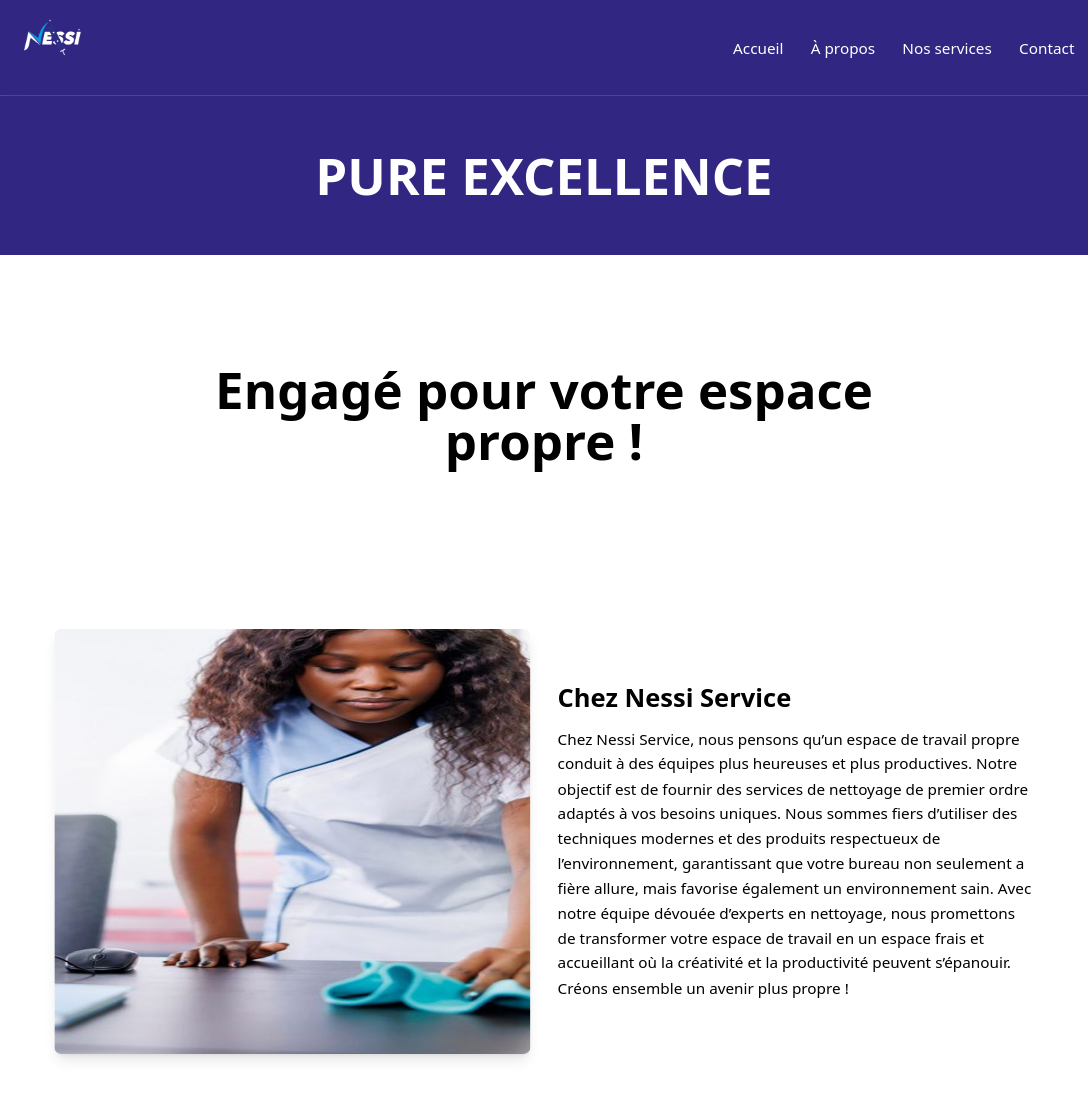
Repository: MDiouf9/Nessi
Page: /About
The author's editor kept a copy of each file at every save. The page is drawn from the files as they stood at one save, then again after a run of saves.
The browser window is 1280 px wide. The pictures show the whole page, at 85% of full size.
The project was rebuilt for these pictures with package versions that can differ from the ones it lists, and the page was loaded fresh each time. Also part of the build but not shown: vite.config.js, src/Global.css, src/App.css, src/components/Footer.jsx, src/Pages/Home.jsx, src/Pages/NotFound.jsx, src/components/Countries.jsx, src/Pages/Services.jsx and 1 more.

Above is the page before, as saved 2025-03-10 18:10:35.

After the next 2 saves:
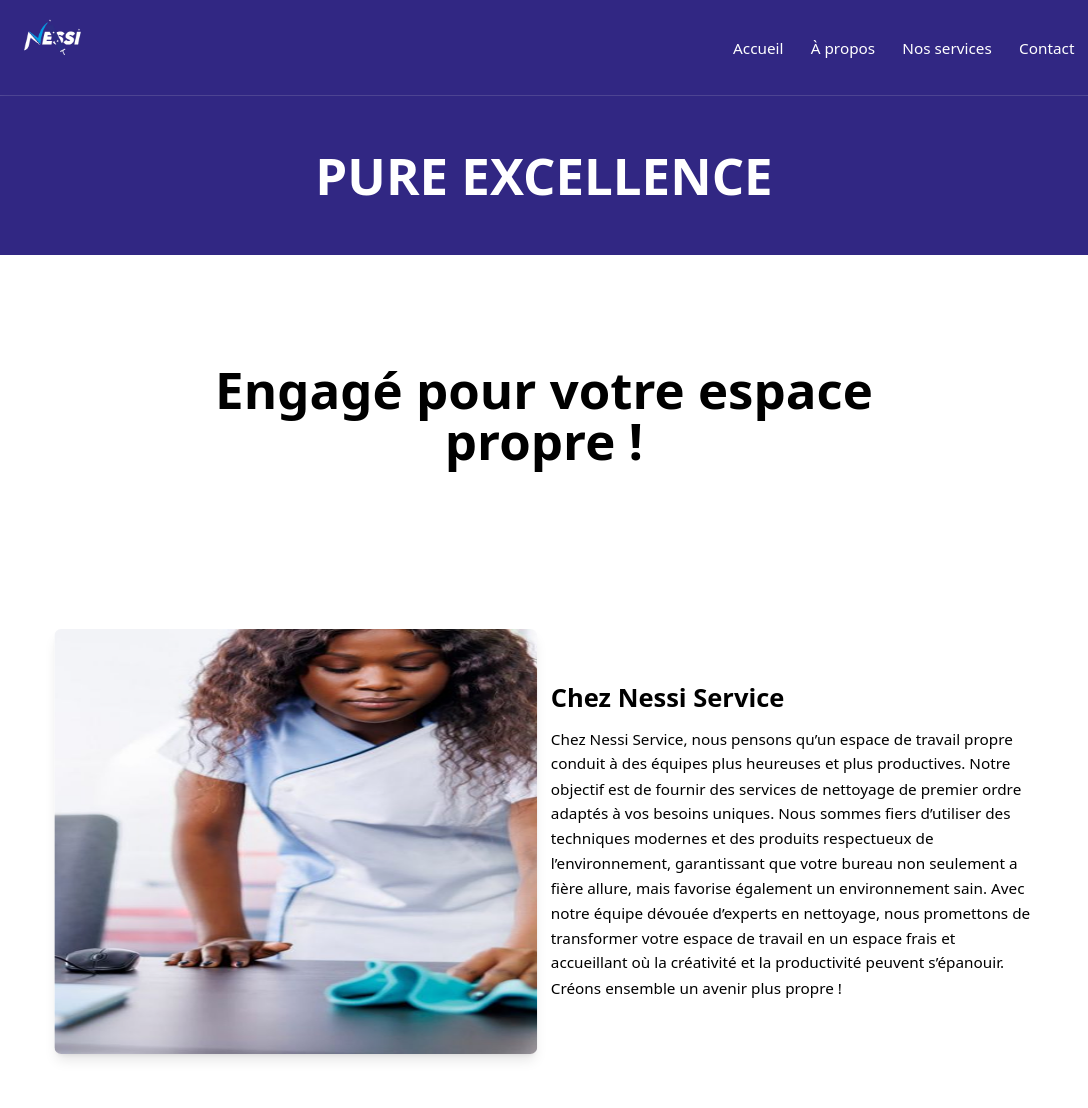
The 2 saves are shown as one change because they came seconds apart.
The last was saved 75 s later.
--- a/src/components/Sectionlesft.jsx
+++ b/src/components/Sectionlesft.jsx
@@ -1,7 +1,7 @@
 const SectionWithImage = ({ imageSrc, altText, title, content }) => {
     return (
       <section className="bg-white py-16 px-6 md:px-16">
-        <div className="container mx-auto flex flex-col md:flex-row items-center gap-8">
+        <div className="container mx-auto flex flex-col md:flex-row items-center gap-4">
           {/* Image à gauche */}
           <div className="md:w-1/2 flex justify-center items-center">
             <img src={imageSrc} alt={altText} className="w-full h-full max-h-[500px] object-center  rounded-lg shadow-lg" />
